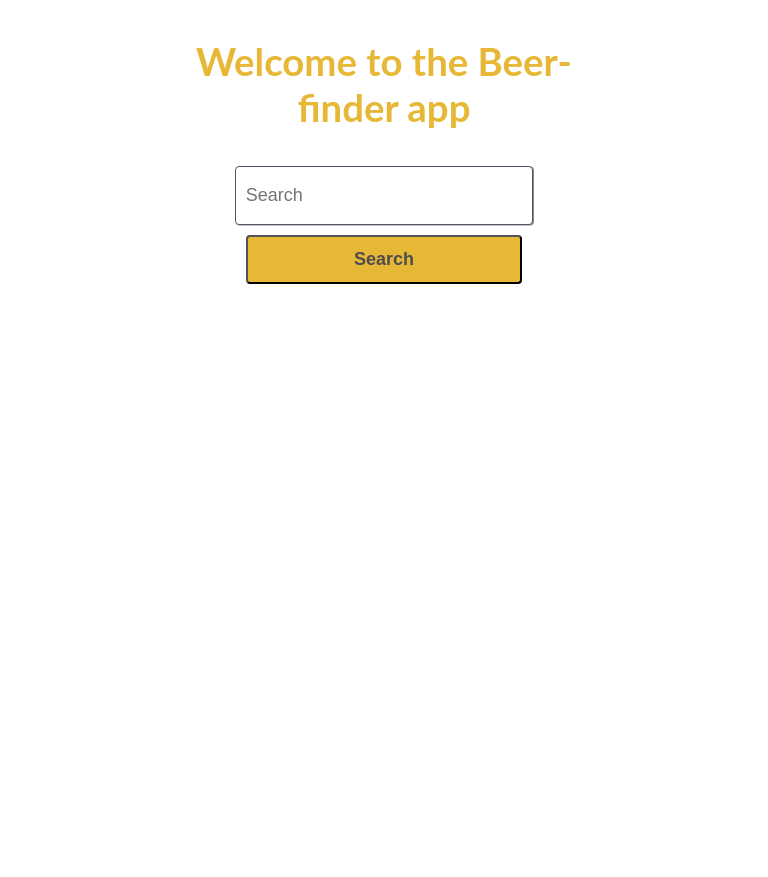
Repository: marcinszymaszek/beer-finder
Page: /
An editor plug-in stored every save of this project. The page is shown before and after the next save, followed by the edit.
The browser window is 768 px wide. The pictures show the whole page.
The project was rebuilt for these pictures with package versions that can differ from the ones it lists, and the page was loaded fresh each time.

Above is the page before, as saved 2020-05-10 20:51:44.

### public/index.html
<!DOCTYPE html>
<html lang="en">
  <head>
    <meta charset="utf-8" />
    <link rel="icon" href="%PUBLIC_URL%/favicon.ico" />
    <meta name="viewport" content="width=device-width, initial-scale=1" />
    <meta name="theme-color" content="#000000" />
    <meta
      name="description"
      content="Web site created using create-react-app"
    />
    <link rel="apple-touch-icon" href="%PUBLIC_URL%/logo192.png" />
    <!--
      manifest.json provides metadata used when your web app is installed on a
      user's mobile device or desktop. See https://developers.google.com/web/fundamentals/web-app-manifest/
    -->
    <link rel="manifest" href="%PUBLIC_URL%/manifest.json" />
    <!--
      Notice the use of %PUBLIC_URL% in the tags above.
      It will be replaced with the URL of the `public` folder during the build.
      Only files inside the `public` folder can be referenced from the HTML.

      Unlike "/favicon.ico" or "favicon.ico", "%PUBLIC_URL%/favicon.ico" will
      work correctly both with client-side routing and a non-root public URL.
      Learn how to configure a non-root public URL by running `npm run build`.
    -->
    <title>Beer-finder App</title>
  </head>
  <body>
    <noscript>You need to enable JavaScript to run this app.</noscript>
    <div id="root"></div>
    <!--
      This HTML file is a template.
      If you open it directly in the browser, you will see an empty page.

      You can add webfonts, meta tags, or analytics to this file.
      The build step will place the bundled scripts into the <body> tag.

      To begin the development, run `npm start` or `yarn start`.
      To create a production bundle, use `npm run build` or `yarn build`.
    -->
  </body>
</html>

### src/index.js
import React from 'react';
import ReactDOM from 'react-dom';
import './index.css';
import App from './components/main/App';
import * as serviceWorker from './serviceWorker';

ReactDOM.render(
  <React.StrictMode>
    <App />
  </React.StrictMode>,
  document.getElementById('root')
);

// If you want your app to work offline and load faster, you can change
// unregister() to register() below. Note this comes with some pitfalls.
// Learn more about service workers: https://bit.ly/CRA-PWA
serviceWorker.unregister();

### src/components/main/App.js
import React, { useState, useEffect } from 'react';
import './App.css';
import Search from '../search/Search'


const App = () => {

  return (
    <div className="main-container">
      <h1 className="app-title">Welcome to the Beer-finder app</h1>
      <Search />


    </div>
  );
}

export default App;

### src/components/main/App.css
.main-container {
  font-family: Lato, sans-serif;
  font-size: 1.5em;
  height: 100vh;
  line-height: 20px;
  font-size: 1.3rem;
  text-align: center;
  margin: 5% 20%;
  color: #e7b835;
}

.app-title{
  line-height: normal;
}

@media (max-width: 790px)  {
  .main-container  {
    font-size: 1.2em;
  }
}

@media (max-width: 580px)  {
  .main-container  {
    height: auto;
    margin-bottom: 20%;
    margin-left: 15%;
    margin-right: 15%;
  }
}

### src/components/search/Search.js
import React, { useState, useEffect } from 'react';
import './Search.css';


const Search = () => {

    return (
        <div className="inline-container">
            <div className="input-container">
                <input name="text" type="text" placeholder="Search" />
            </div>
            <button>Search</button>
        </div>
    )
}

export default Search;

### src/components/search/Search.css
.inline-container {
    display: flex;
    flex-flow: wrap;
    align-content: center;
    align-items: stretch;
    justify-content: space-around;
}

input {
    width: 60%;
    margin: 10px;
    padding: 18px 10px;
    border-radius: 4px;
    border: 1px solid #4e5766;
    box-shadow: 1px 0.5px #888888;
    font-size: 18px;
}

.input-container{
    width: 100%;
}

    button {
        padding: 12px 10px;
        width: 20%;
        border-radius: 4px;
        background-color: #e7b835;
        color: #4d4d4d;
        cursor: pointer;
        font-size: 18px;
        font-weight: 700;
    }


@media (max-width: 790px)  {

    button {
        width: 60%;
    }

    .inline-container {
        justify-content: space-evenly;
    }
}

@media (max-width: 580px)  {
    input {
        width: 100%;
        margin: 20px 0px;
        padding: 18px 10px;
    }

    button {
        width: 100%;
    }
  }

Loaded but not shown: src/index.css (common file); src/serviceWorker.js (common file)

After the next save:
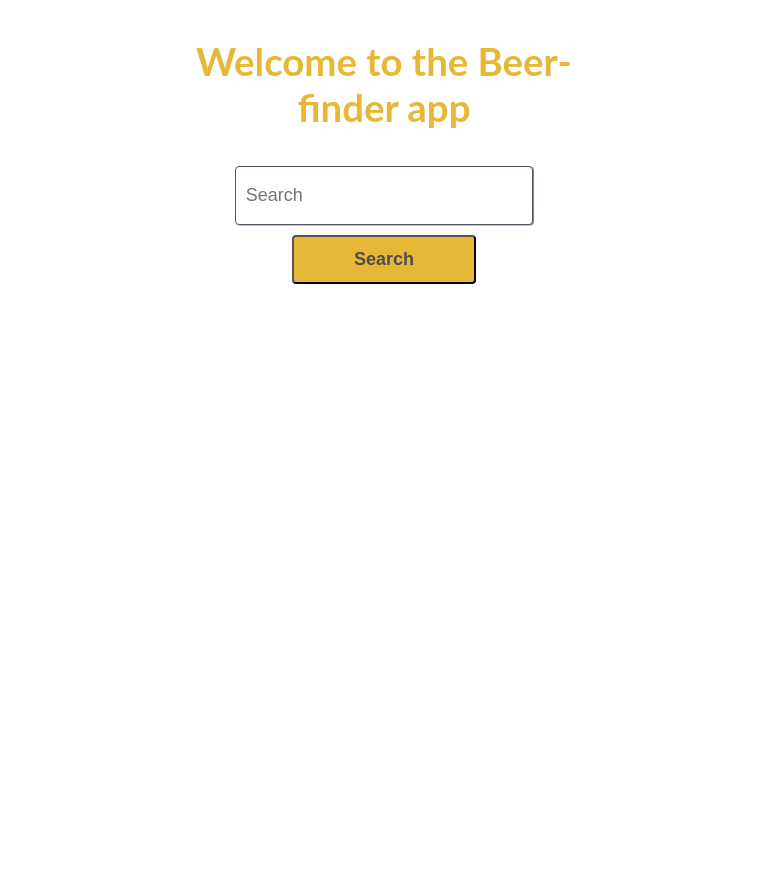
Saved 16 s later.
--- a/src/components/search/Search.css
+++ b/src/components/search/Search.css
@@ -35,7 +35,7 @@ input {
 @media (max-width: 790px)  {
 
     button {
-        width: 60%;
+        width: 40%;
     }
 
     .inline-container {
